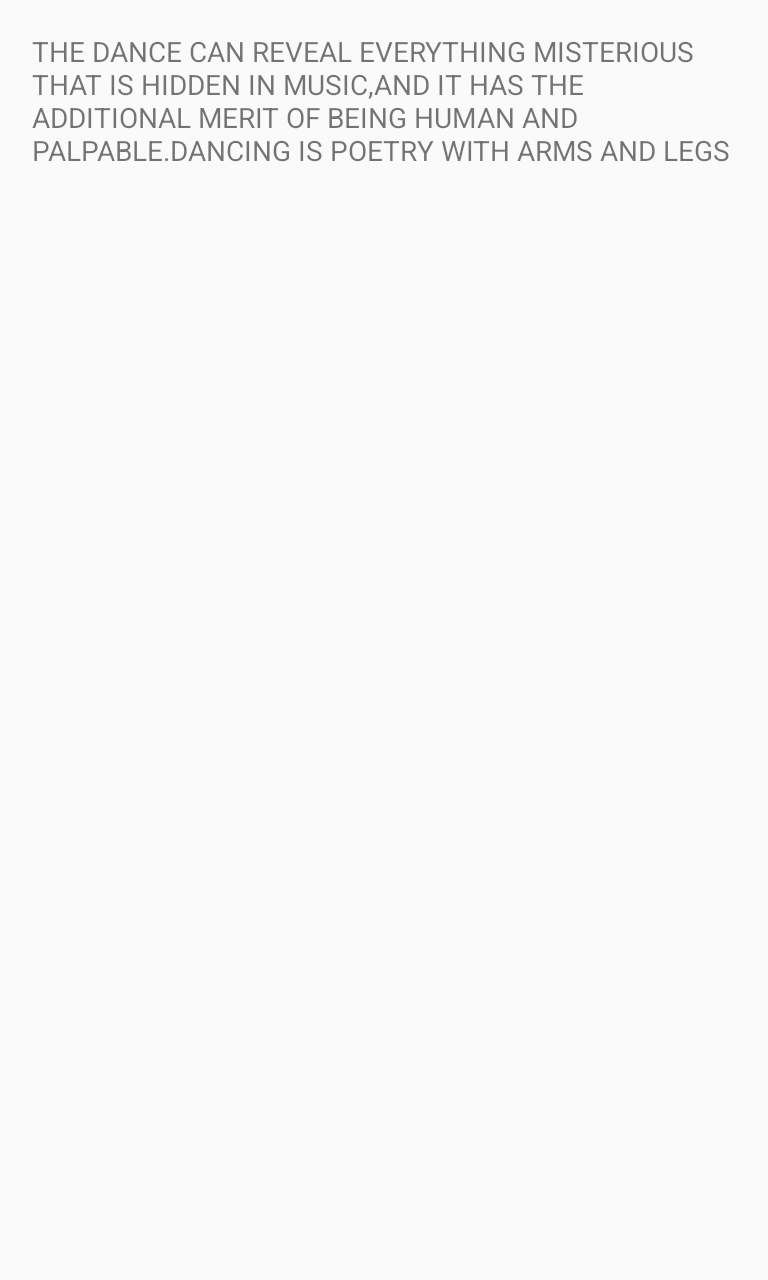
Repository: roopasree/new-pgm
Layout: Appnew/res/layout/activity_main.xml
These files come from the project's save history. The layout is drawn as it stood at one moment and after the next save; the edit follows.
It is drawn on a 768 x 1280 px phone screen (xhdpi) without system bars, with theme AppTheme; the app's code is not run.

Above is the layout before, as saved 2015-02-16 08:12:32.

### Appnew/res/layout/activity_main.xml
<RelativeLayout xmlns:android="http://schemas.android.com/apk/res/android"
    xmlns:tools="http://schemas.android.com/tools"
    android:layout_width="match_parent"
    android:layout_height="match_parent"
    android:paddingBottom="@dimen/activity_vertical_margin"
    android:paddingLeft="@dimen/activity_horizontal_margin"
    android:paddingRight="@dimen/activity_horizontal_margin"
    android:paddingTop="@dimen/activity_vertical_margin"
    tools:context="com.example.appnew.MainActivity" >

    <TextView
        android:id="@+id/textView1"
        android:layout_width="wrap_content"
        android:layout_height="wrap_content"
        android:text="THE DANCE CAN REVEAL EVERYTHING MISTERIOUS THAT IS HIDDEN IN MUSIC,AND IT HAS THE ADDITIONAL MERIT OF BEING HUMAN AND PALPABLE.DANCING IS POETRY WITH ARMS AND LEGS" />

</RelativeLayout>

Loaded but not shown: Appnew/res/values/styles.xml (common file); Appnew/res/values-v11/styles.xml (common file); Appnew/res/values-v14/styles.xml (common file); Appnew/res/values/dimens.xml (common file); Appnew/res/values-w820dp/dimens.xml (common file)

After the next save:
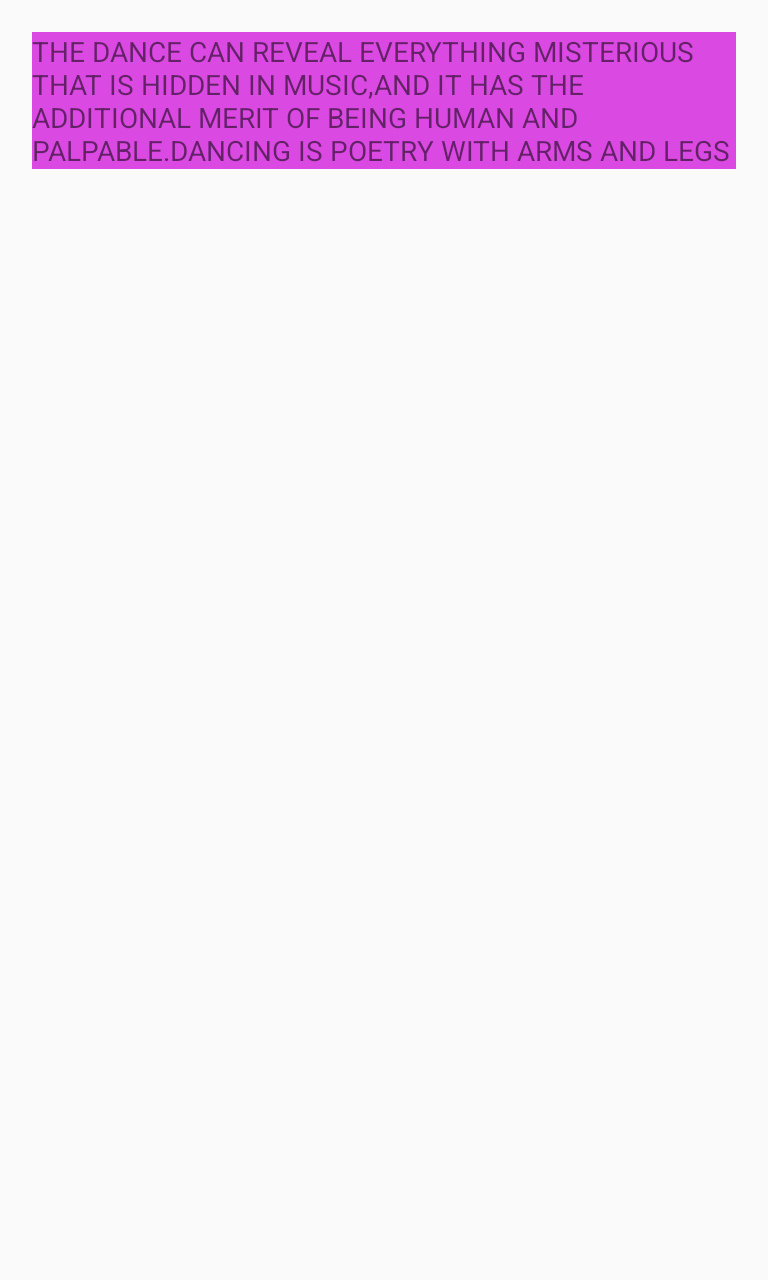
Saved 51 s later.
--- a/Appnew/res/layout/activity_main.xml
+++ b/Appnew/res/layout/activity_main.xml
@@ -12,6 +12,7 @@
         android:id="@+id/textView1"
         android:layout_width="wrap_content"
         android:layout_height="wrap_content"
+        android:background="#DA49E2"
         android:text="THE DANCE CAN REVEAL EVERYTHING MISTERIOUS THAT IS HIDDEN IN MUSIC,AND IT HAS THE ADDITIONAL MERIT OF BEING HUMAN AND PALPABLE.DANCING IS POETRY WITH ARMS AND LEGS" />
 
 </RelativeLayout>
